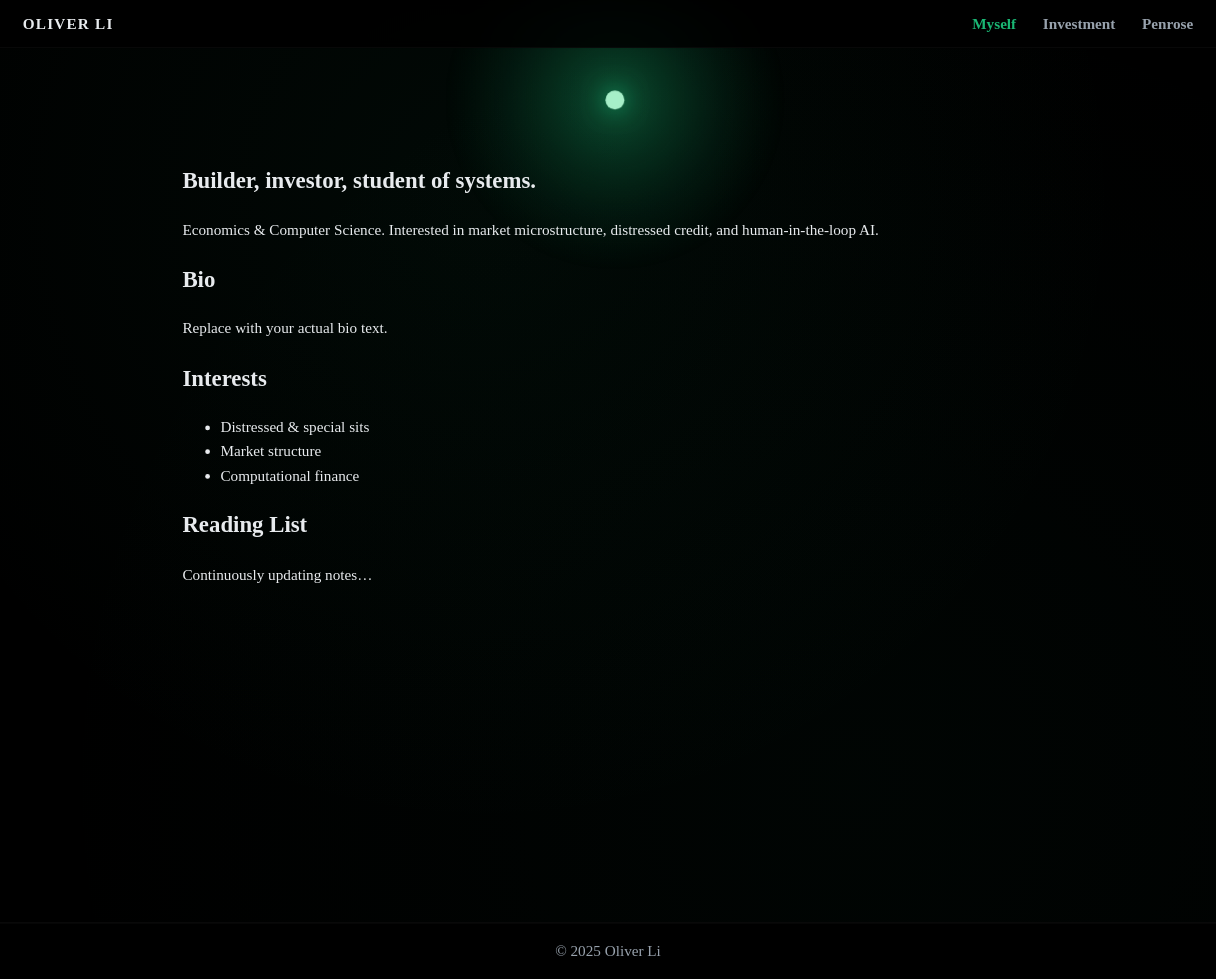
Repository: oliverli1728/portfolio
Page: index.html
These files come from the project's save history. The page is drawn as it stood at one moment and after the next save; the edit follows.
The browser window is 1280 px wide. The pictures show the whole page, at 95% of full size.
Some web fonts or font styles are not loaded; a fallback is used.

Above is the page before, as saved 2025-09-25 22:47:16.

### index.html
<!DOCTYPE html>
<html lang="en">
<head>
  <meta charset="utf-8" />
  <meta name="viewport" content="width=device-width, initial-scale=1" />
  <title>Oliver Li</title>
  <link rel="stylesheet" href="style.css" />
  <link rel="stylesheet" href="mediaqueries.css" />
  <link rel="preconnect" href="https://fonts.googleapis.com">
  <link rel="preconnect" href="https://fonts.gstatic.com" crossorigin>
  <link href="https://fonts.googleapis.com/css2?family=Lusitana:wght@400;700&display=swap" rel="stylesheet">
</head>
<body>
  <header class="site-header">
    <a class="brand" href="#myself">OLIVER&nbsp;LI</a>
    <nav class="nav">
      <a href="#myself" class="tab-link active">Myself</a>
      <a href="#investment" class="tab-link">Investment</a>
      <a href="#penrose" class="tab-link">Penrose</a>
    </nav>
  </header>

  <!-- Particle canvas -->
  <canvas id="particleCanvas"></canvas>

  <main>
    <!-- Myself page -->
    <section id="myself" class="tab-content active">
    <h1 data-fade>Builder, investor, student of systems.</h1>
    <p data-fade>Economics & Computer Science. Interested in market microstructure, distressed credit, and human-in-the-loop AI.</p>
    <h2 data-fade>Bio</h2>
    <p data-fade>Replace with your actual bio text.</p>
    <h2 data-fade>Interests</h2>
    <ul data-fade>
        <li>Distressed & special sits</li>
        <li>Market structure</li>
        <li>Computational finance</li>
    </ul>
    <h2 data-fade>Reading List</h2>
    <p data-fade>Continuously updating notes…</p>
    </section>

    <!-- Investment page -->
    <section id="investment" class="tab-content">
      <h2>Investment Notes</h2>
      <p>Content here (cards, theses, etc.).</p>
    </section>

    <!-- Penrose page -->
    <section id="penrose" class="tab-content">
      <div class="penrose-container">
        <div class="penrose-shadow"></div>
        <img src="assets/penrose-logo.png" alt="Penrose logo" class="penrose-animated" />
        <canvas id="penroseParticles"></canvas>
        <p>Paradox, perspective, conviction.</p>
      </div>
    </section>
  </main>

  <footer class="site-footer">
    <span>© <span id="year"></span> Oliver Li</span>
  </footer>

  <script src="script.js"></script>
</body>
</html>

### style.css
:root{
  --bg:#070707;
  --bg-grad: radial-gradient(circle at 40% 20%, rgba(26,183,116,0.05), transparent 60%),
             radial-gradient(circle at 70% 80%, rgba(15,128,84,0.04), transparent 70%),
             #000;
  --muted:#98a2ad;
  --text:#e8ebee;
  --accent:#1ab774;
}

body{
  margin:0;
  font-family:"Lusitana", serif;
  background:var(--bg-grad);
  color:var(--text);
  scroll-behavior:smooth;
}

.site-header{
  position:sticky; top:0; display:flex; justify-content:space-between; align-items:center;
  padding:16px 24px; backdrop-filter:blur(6px);
  background:rgba(0,0,0,0.85);
  border-bottom:1px solid #111;
  z-index:10;
}
.brand{ color:var(--text); font-weight:700; text-decoration:none; letter-spacing:.08em; }
.nav{ display:flex; gap:28px; }
.tab-link{ color:var(--muted); text-decoration:none; font-weight:600; }
.tab-link.active{ color:var(--accent); }

.tab-content{ display:none; min-height:100vh; padding:100px 15%; position:relative; z-index:1; line-height:1.6; }
.tab-content.active{ display:block; }

[data-fade]{ opacity:0; transform:translateY(24px); transition: opacity .8s ease, transform .8s ease; }
[data-fade].in-view{ opacity:1; transform:none; }

/* Penrose */
.penrose-container{ position:relative; display:flex; flex-direction:column; align-items:center; justify-content:center; height:100vh; overflow:hidden; }
.penrose-animated{ width:320px; animation: bob 5s ease-in-out infinite; z-index:2; }
.penrose-shadow{ position:absolute; bottom:20%; width:180px; height:30px; background:rgba(0,0,0,0.7); border-radius:50%; filter:blur(10px); z-index:1; }
@keyframes bob{ 0%,100%{ transform:translateY(0);} 50%{ transform:translateY(-20px);} }

#penroseParticles{ position:absolute; top:0; left:0; width:100%; height:100%; pointer-events:none; z-index:0; }

/* Canvas for main particle */
#particleCanvas{ position:fixed; top:0; left:0; width:100%; height:100%; z-index:0; pointer-events:none; }

.site-footer{ text-align:center; padding:20px; border-top:1px solid #111; background:#000; color:var(--muted); z-index:5; position:relative; }

### mediaqueries.css
@media (max-width: 900px){
  .panel{ margin:40px 12px; padding:24px; }
}

@media (max-width: 600px){
  .nav{ gap:16px; }
  .penrose-animated{ width:220px; }
  .penrose-shadow{ width:120px; height:20px; }
}

### script.js
// Tab switching with deep-link support
const tabs = document.querySelectorAll('.tab-link');
const contents = document.querySelectorAll('.tab-content');

function activateTab(id){
  tabs.forEach(t => t.classList.remove('active'));
  contents.forEach(c => c.classList.remove('active'));
  const targetTab = document.querySelector(`.tab-link[href='${id}']`);
  const targetContent = document.querySelector(id);
  if(targetTab && targetContent){
    targetTab.classList.add('active');
    targetContent.classList.add('active');
    window.scrollTo({ top:0, behavior:'smooth' });
  }
}

function initTabs(){
  tabs.forEach(tab => {
    tab.addEventListener('click', e => {
      e.preventDefault();
      const id = tab.getAttribute('href');
      activateTab(id);
      history.pushState(null, '', id);
    });
  });
}

window.addEventListener('DOMContentLoaded', () => {
  const hash = window.location.hash || '#myself';
  activateTab(hash);
  initTabs();
  document.getElementById('year').textContent = new Date().getFullYear();
});

window.addEventListener('popstate', () => {
  const hash = window.location.hash || '#myself';
  activateTab(hash);
});

// Main particle: organic motion + glow illumination
const canvas = document.getElementById('particleCanvas');
const ctx = canvas.getContext('2d');
let width, height;

function resize(){
  width = canvas.width = window.innerWidth;
  height = canvas.height = window.innerHeight;
}
window.addEventListener('resize', resize);
resize();

let angle = 0;
function drawParticle(){
  ctx.clearRect(0,0,width,height);
  const scrollTop = window.scrollY;
  const docHeight = document.documentElement.scrollHeight - window.innerHeight;
  const pct = docHeight > 0 ? scrollTop / docHeight : 0;

  const baseY = pct * (height - 200) + 100;
  angle += 0.02;
  const x = width/2 + (Math.sin(angle*1.3)+Math.sin(angle*0.7))*60;
  const y = baseY + Math.sin(angle*0.5)*40;

  const gradient = ctx.createRadialGradient(x,y,0,x,y,180);
  gradient.addColorStop(0,'rgba(26,183,116,0.25)');
  gradient.addColorStop(1,'rgba(0,0,0,0)');
  ctx.fillStyle = gradient;
  ctx.fillRect(0,0,width,height);

  ctx.beginPath();
  ctx.arc(x, y, 10, 0, Math.PI*2);
  ctx.fillStyle = 'rgba(183,255,216,0.9)';
  ctx.shadowColor = 'rgba(26,183,116,0.8)';
  ctx.shadowBlur = 25;
  ctx.fill();
}

function animate(){
  drawParticle();
  requestAnimationFrame(animate);
}
animate();

// Fade-in on scroll
const faders = document.querySelectorAll('[data-fade]');
const io = new IntersectionObserver(entries => {
  entries.forEach(entry => {
    if(entry.isIntersecting) entry.target.classList.add('in-view');
  });
},{ threshold:0.2 });
faders.forEach(el => io.observe(el));

// Penrose particles emitter with organic drift
const penroseCanvas = document.getElementById('penroseParticles');
if(penroseCanvas){
  const pctx = penroseCanvas.getContext('2d');
  let pw, ph;
  function resizePenrose(){ pw = penroseCanvas.width = penroseCanvas.offsetWidth; ph = penroseCanvas.height = penroseCanvas.offsetHeight; }
  window.addEventListener('resize', resizePenrose); resizePenrose();

  const particles=[];
  function spawnParticle(){
    particles.push({x:pw/2, y:ph/2, vx:(Math.random()-0.5)*1.2, vy:-Math.random()*2-0.5, life:120});
  }

  function drawPenrose(){
    pctx.clearRect(0,0,pw,ph);
    particles.forEach((p,i)=>{
      p.x+=p.vx + Math.sin(p.life*0.1)*0.3;
      p.y+=p.vy;
      p.life--;
      pctx.beginPath();
      pctx.arc(p.x,p.y,2,0,Math.PI*2);
      pctx.fillStyle=`rgba(26,183,116,${p.life/120})`;
      pctx.fill();
      if(p.life<=0) particles.splice(i,1);
    });
    if(Math.random()<0.4) spawnParticle();
    requestAnimationFrame(drawPenrose);
  }
  drawPenrose();
}

After the next save:
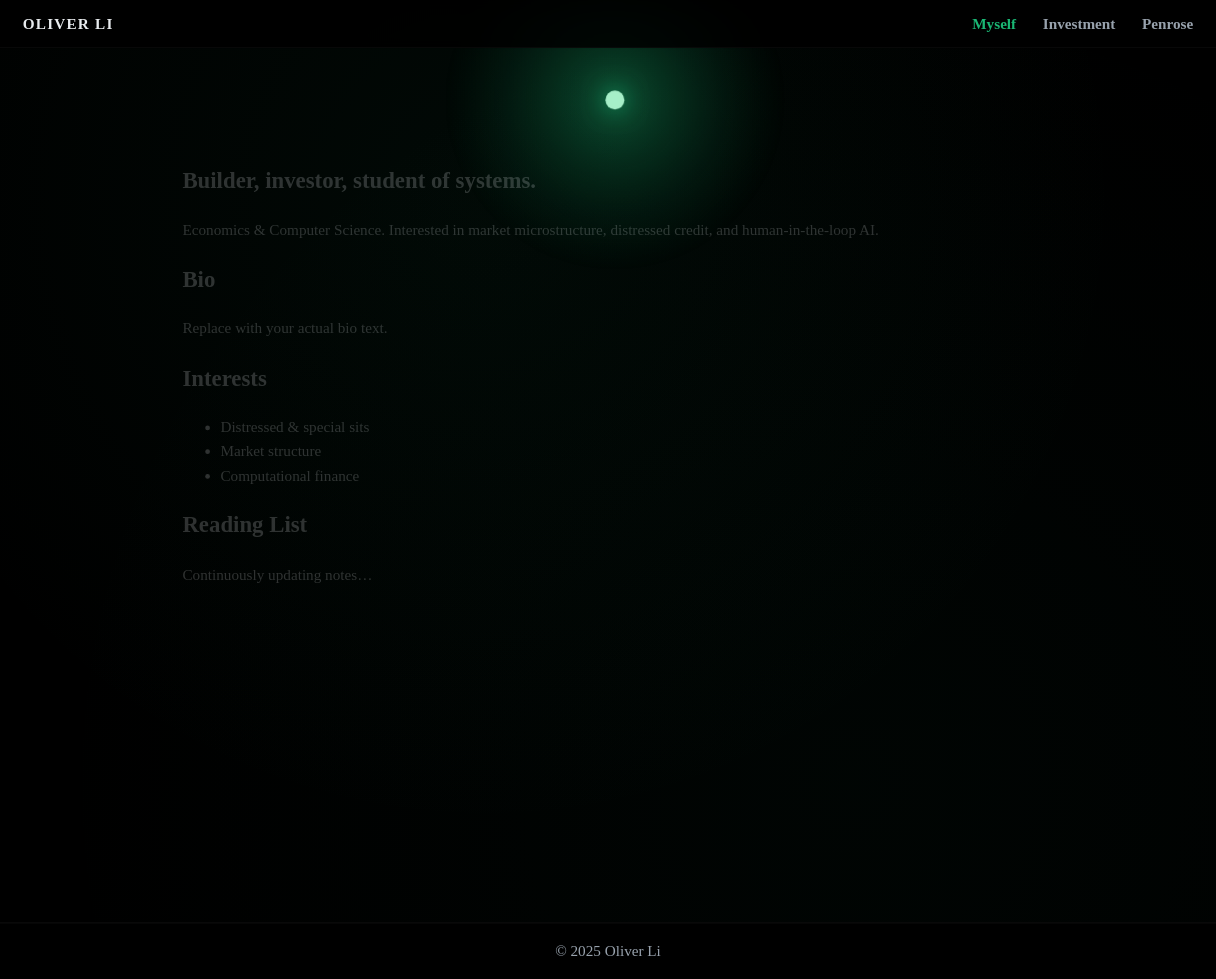
Saved 27 s later.
--- a/style.css
+++ b/style.css
@@ -31,8 +31,15 @@
 .tab-content{ display:none; min-height:100vh; padding:100px 15%; position:relative; z-index:1; line-height:1.6; }
 .tab-content.active{ display:block; }
 
-[data-fade]{ opacity:0; transform:translateY(24px); transition: opacity .8s ease, transform .8s ease; }
-[data-fade].in-view{ opacity:1; transform:none; }
+[data-fade]{
+  opacity:0.2;
+  transition: opacity 0.5s ease;
+}
+[data-fade].lit{
+  opacity:1;
+  color:var(--text);
+  text-shadow:0 0 12px rgba(26,183,116,0.6);
+}
 
 /* Penrose */
 .penrose-container{ position:relative; display:flex; flex-direction:column; align-items:center; justify-content:center; height:100vh; overflow:hidden; }

After the 2 saves that followed:
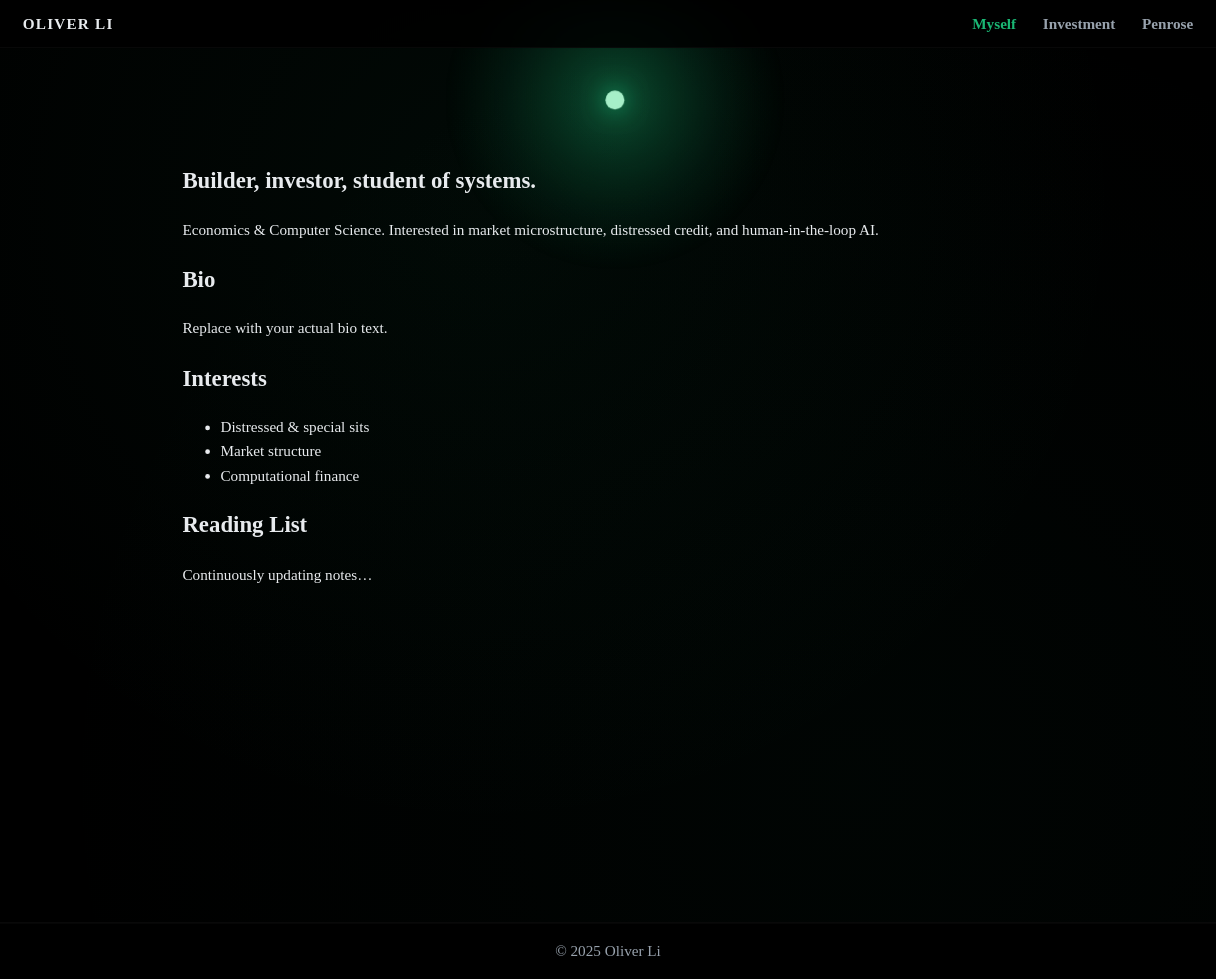
The 2 saves are shown as one change because 1 left the picture as it was.
The last was saved 55 s later.
--- a/index.html
+++ b/index.html
@@ -26,18 +26,18 @@
   <main>
     <!-- Myself page -->
     <section id="myself" class="tab-content active">
-    <h1 data-fade>Builder, investor, student of systems.</h1>
-    <p data-fade>Economics & Computer Science. Interested in market microstructure, distressed credit, and human-in-the-loop AI.</p>
-    <h2 data-fade>Bio</h2>
-    <p data-fade>Replace with your actual bio text.</p>
-    <h2 data-fade>Interests</h2>
-    <ul data-fade>
+      <h1 data-fade>Builder, investor, student of systems.</h1>
+      <p data-fade>Economics & Computer Science. Interested in market microstructure, distressed credit, and human-in-the-loop AI.</p>
+      <h2 data-fade>Bio</h2>
+      <p data-fade>Replace with your actual bio text.</p>
+      <h2 data-fade>Interests</h2>
+      <ul data-fade>
         <li>Distressed & special sits</li>
         <li>Market structure</li>
         <li>Computational finance</li>
-    </ul>
-    <h2 data-fade>Reading List</h2>
-    <p data-fade>Continuously updating notes…</p>
+      </ul>
+      <h2 data-fade>Reading List</h2>
+      <p data-fade>Continuously updating notes…</p>
     </section>
 
     <!-- Investment page -->
--- a/style.css
+++ b/style.css
@@ -31,15 +31,8 @@
 .tab-content{ display:none; min-height:100vh; padding:100px 15%; position:relative; z-index:1; line-height:1.6; }
 .tab-content.active{ display:block; }
 
-[data-fade]{
-  opacity:0.2;
-  transition: opacity 0.5s ease;
-}
-[data-fade].lit{
-  opacity:1;
-  color:var(--text);
-  text-shadow:0 0 12px rgba(26,183,116,0.6);
-}
+[data-fade]{ opacity:0; transform:translateY(24px); transition: opacity .8s ease, transform .8s ease; }
+[data-fade].in-view{ opacity:1; transform:none; }
 
 /* Penrose */
 .penrose-container{ position:relative; display:flex; flex-direction:column; align-items:center; justify-content:center; height:100vh; overflow:hidden; }
